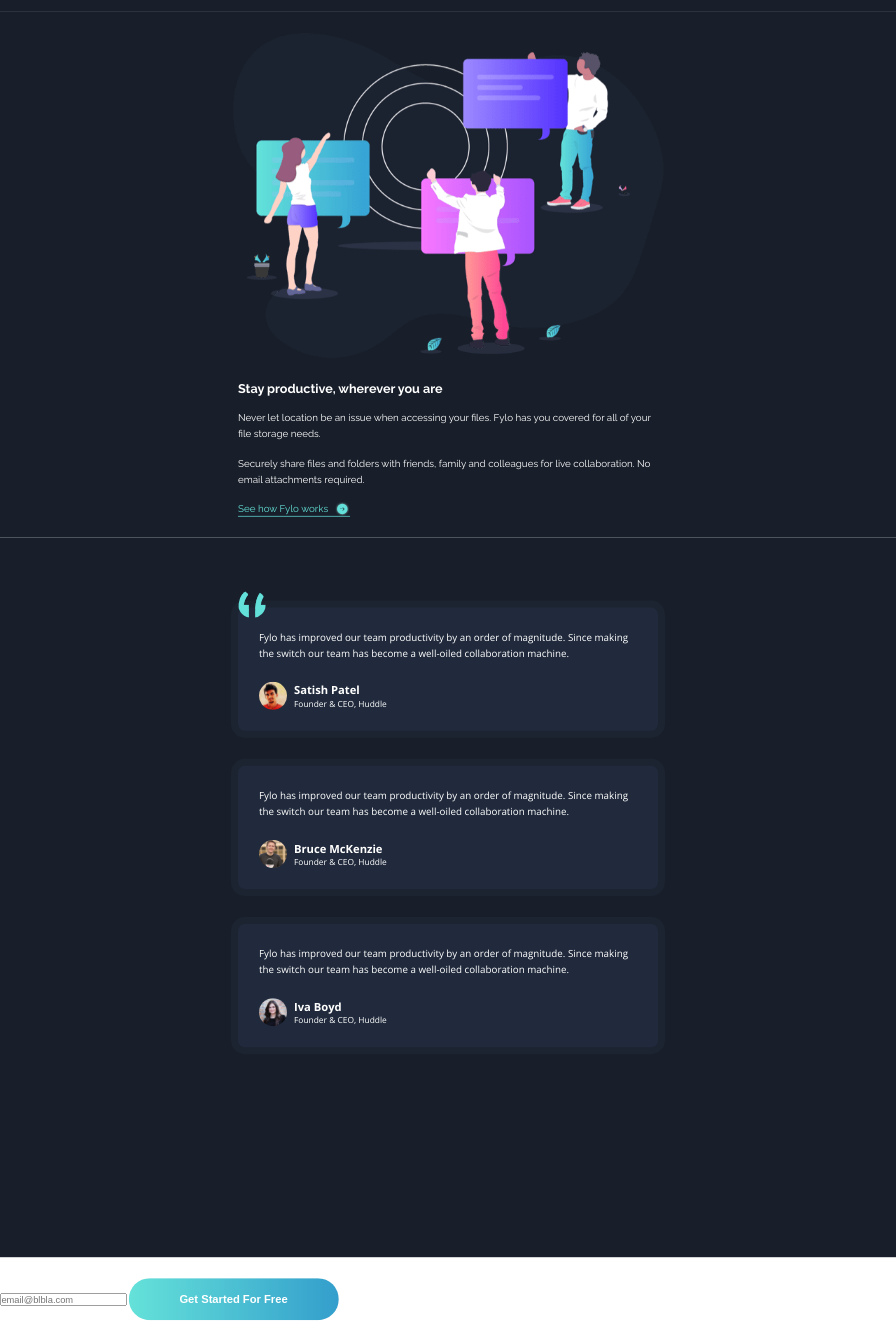
Repository: tomas938/fylo-dark-theme-landing-page-master
Page: index.html
The author's editor kept a copy of each file at every save. The page is drawn from the files as they stood at one save, then again after the next save.
The browser window is 1280 px wide. The pictures show the part of the page from y = 1900 to 3820 px (the page is 3800 px tall before and 3820 px after), at 70% of full size.
The style sheet was rebuilt from its Sass, Less or Tailwind sources for each picture, by a compiler version that may differ from the author's.

Above is the page before, as saved 2021-08-05 17:13:51.

After the next save:
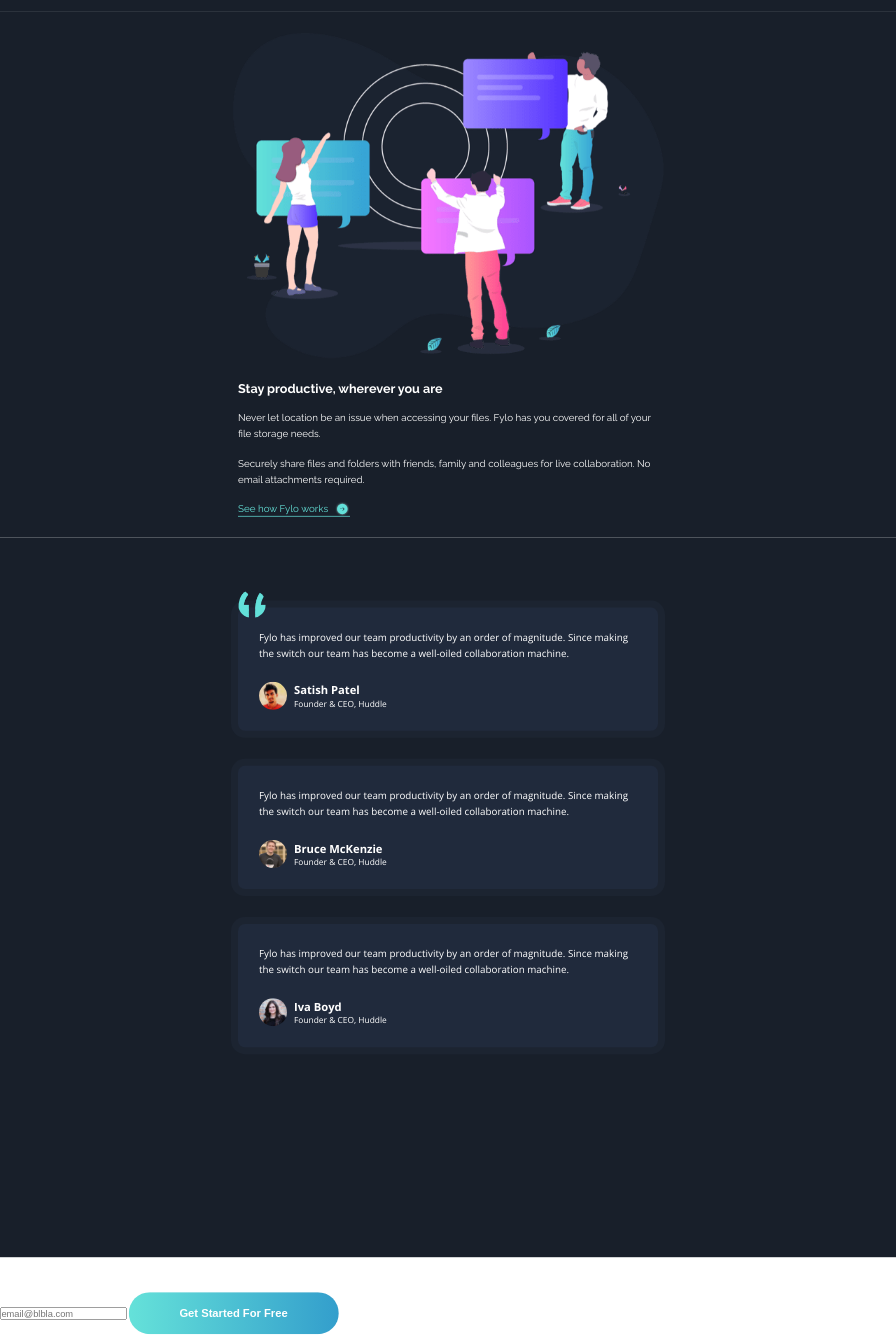
Saved 17 s later.
--- a/index.html
+++ b/index.html
@@ -123,7 +123,8 @@
         </div>
       </div>
       </div>
-    </section class="contact">
+    </section >
+	<section class="contact"></section>
 		<div class="contact__item">
 			<h3>Get early access today</h3>
 			<p>	 It only takes a minute to sign
